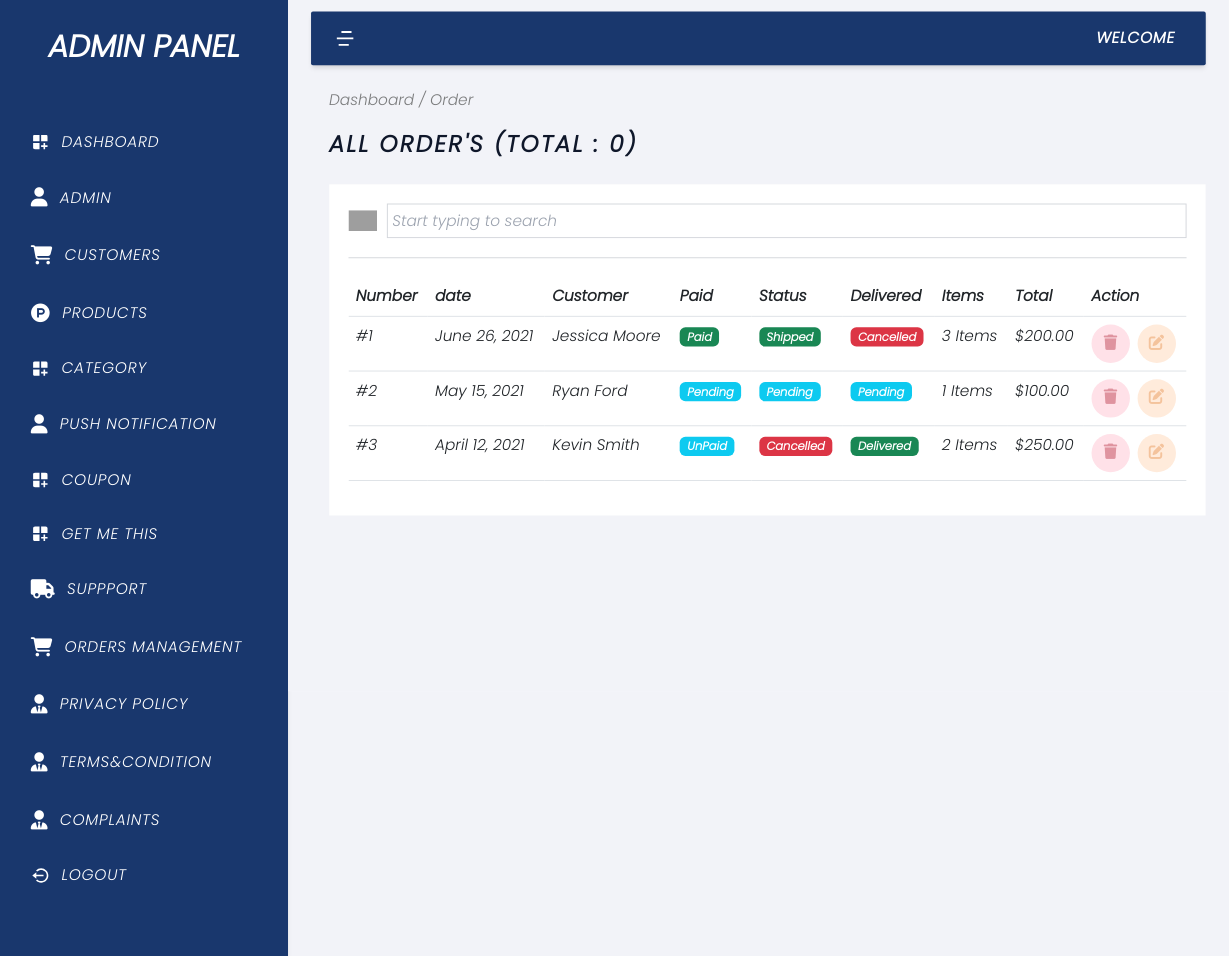
Repository: FlyweisReact/globalgenieAdminPanel
Page: /Orders
An editor plug-in stored every save of this project. The page is shown before and after the next save, followed by the edit.
The browser window is 1280 px wide. The pictures show the whole page, at 96% of full size.
Pictures or frames that could not be fetched are drawn as grey boxes. The page's requests for data from a server got no answer. Some web libraries are served in a nearby version. The project was rebuilt for these pictures with package versions that can differ from the ones it lists, and the page was loaded fresh each time. No one was signed in, and anything a server would have sent is missing. Also part of the build but not shown: src/E-CommerceAdmin/forms/Login.jsx, src/E-CommerceAdmin/pages/Dashboard.jsx, src/E-CommerceAdmin/pages/ECategory.js, src/E-CommerceAdmin/pages/EProduct.js, src/E-CommerceVendor/forms/EVendorLogin.jsx, src/E-CommerceVendor/layout/Navbar.jsx, src/E-CommerceVendor/layout/Sidebar.jsx, src/E-CommerceVendor/layout/HOC.jsx and 21 more. Imported but missing from the stored project, and not drawn on this page: src/E-CommerceAdmin/pages/Component/SpinnerComp.

Above is the page before, as saved 2023-05-11 15:10:02.

### public/index.html
<!-- @format -->

<!DOCTYPE html>
<html lang="en">
  <head>
    <meta charset="utf-8" />
    <meta name="viewport" content="width=device-width, initial-scale=1" />
    <meta name="theme-color" content="#000000" />
    <meta
      name="description"
      content="Web site created using create-react-app"
    />
    <link rel="icon" href="%PUBLIC_URL%/favicon.png" />
    <link rel="manifest" href="%PUBLIC_URL%/manifest.json" />
    <link rel="preconnect" href="https://fonts.googleapis.com">
<link rel="preconnect" href="https://fonts.gstatic.com" crossorigin>
<link href="https://fonts.googleapis.com/css2?family=Roboto+Mono:ital,wght@1,300&display=swap" rel="stylesheet">
    <title>Global Ginie</title>
  </head>
  <body>
    <noscript>You need to enable JavaScript to run this app.</noscript>
    <div id="root"></div>
    <script src="https://code.jquery.com/jquery-3.6.0.min.js"></script>
    <script src="https://kit.fontawesome.com/b533b351e4.js" crossorigin="anonymous"></script>
  </body>
</html>

### src/E-CommerceAdmin/pages/EAdminOrders.js
/** @format */

import axios from "axios";
import React, { useEffect, useState } from "react";
import { Badge, Button, Form, Modal, Table } from "react-bootstrap";
import HOC from "../layout/HOC";

const EAdminOrders = () => {
  const [modalShow, setModalShow] = useState(false);
  const [ data , setData ] = useState([])

  const fetchData = async () => {
    try {
      const { data } = await axios.get("http://ec2-65-1-248-95.ap-south-1.compute.amazonaws.com:8886/api/order")
      setData(data.orders)
      }catch(e) {
      console.log('Order Err=>' ,e)
    }
  }

  useEffect(() => {
    fetchData()
  },[])

  function EditStatus(props) {
    return (
      <Modal
        {...props}
        size="lg"
        aria-labelledby="contained-modal-title-vcenter"
        centered
      >
        <Modal.Header closeButton>
          <Modal.Title id="contained-modal-title-vcenter">
            Edit Status
          </Modal.Title>
        </Modal.Header>
        <Modal.Body>
          <Form>
            <Form.Select aria-label="Default select example" className="mb-3">
              <option>--Edit Status--</option>
              <option value="1">Shipped</option>
              <option value="2">Pending</option>
              <option value="3">Canceled</option>
            </Form.Select>
            <Button variant="outline-success">Submit</Button>
          </Form>
        </Modal.Body>
      </Modal>
    );
  }

  return (
    <>
      <EditStatus show={modalShow} onHide={() => setModalShow(false)} />
      <section>

      <p className="headP">Dashboard / Order</p>

        <div        className="pb-4 sticky top-0  w-full flex justify-between items-center"
        style={{ width: "98%", marginLeft: "2%" }}>
          <span   className="tracking-widest text-slate-900 font-semibold uppercase"
          style={{ fontSize: "1.5rem" }}>
            All Order's (Total : {data?.length})
          </span>
        </div>
        <section className="sectionCont">
        <div className="filterBox">
          <img
            src="https://t4.ftcdn.net/jpg/01/41/97/61/360_F_141976137_kQrdYIvfn3e0RT1EWbZOmQciOKLMgCwG.jpg"
            alt=""
          />
          <input
            type="search"
            placeholder="Start typing to search"
          />
        </div>
        <div className="overFlowCont">
        <Table >
          <thead>
            <tr>
              <th>Number</th>
              <th>date</th>
              <th>Customer</th>
              <th>Paid</th>
              <th>Status</th>
              <th>Delivered</th>
              <th>Items</th>
              <th>Total</th>
              <th>Action</th>
            </tr>
          </thead>
          <tbody>
            <tr>
              <td> #1 </td>
              <td> June 26, 2021 </td>
              <td> Jessica Moore </td>
              <td>
                <Badge bg="success">Paid</Badge>{" "}
              </td>
              <td>
                <Badge bg="success">Shipped</Badge>{" "}
              </td>
              <td>
                <Badge bg="danger">Cancelled</Badge>{" "}
              </td>
              <td>3 Items </td>
              <td>$200.00 </td>
              <td>
                <span className="d-flex gap-2">
                  <i className="fa-solid fa-trash"></i>
                  <i
                        class="fa-solid fa-pen-to-square"
                        onClick={() => {
                          setModalShow(true);
                        }}
                      ></i>
                </span>
              </td>
            </tr>

            <tr>
              <td> #2 </td>
              <td> May 15, 2021 </td>
              <td> Ryan Ford </td>
              <td>
                <Badge bg="info">Pending</Badge>{" "}
              </td>
              <td>
                <Badge bg="info">Pending</Badge>{" "}
              </td>
              <td>
                <Badge bg="info">Pending</Badge>{" "}
              </td>
              <td>1 Items </td>
              <td>$100.00 </td>
              <td>
              <span className="d-flex gap-2">
                  <i className="fa-solid fa-trash"></i>
                  <i
                        class="fa-solid fa-pen-to-square"
                        onClick={() => {
                          setModalShow(true);
                        }}
                      ></i>
                </span>
              </td>
            </tr>
            <tr>
              <td> #3 </td>
              <td> April 12, 2021 </td>
              <td> Kevin Smith </td>
              <td>
                <Badge bg="info">UnPaid</Badge>{" "}
              </td>
              <td>
                <Badge bg="danger">Cancelled</Badge>{" "}
              </td>
              <td>
                <Badge bg="success">Delivered</Badge>{" "}
              </td>
              <td>2 Items </td>
              <td>$250.00 </td>
              <td>
              <span className="d-flex gap-2">
                  <i className="fa-solid fa-trash"></i>
                  <i
                        class="fa-solid fa-pen-to-square"
                        onClick={() => {
                          setModalShow(true);
                        }}
                      ></i>
                </span>
              </td>
            </tr>
          </tbody>
        </Table>
        </div>
        </section>
      </section>
    </>
  );
};

export default HOC(EAdminOrders);

### src/E-CommerceAdmin/layout/HOC.jsx
/** @format */

import React, { useState } from "react";
import Navbar from "./Navbar";
import Sidebar from "./Sidebar";

const HOC = (Wcomponenet) => {
  return function Component() {
    const [hamb, setHamb] = useState(false);
    return (
      <>
        <section
          className="flex overflow-x-hidden relative "
          style={{ backgroundColor: "#f2f3f8" }}
        >
          {/* Sidebar */}
          <div
            className={
              hamb
                ? " absolute top-0 z-30 md:w-auto shadow-md bg-slate-200  w-60 transition-all md:-left-full left duration-150  h-auto overflow-y-auto  left-0 "
                : " md:w-72 z-30 bg-slate-200  shadow-md  md:static absolute top-0 -left-full   transition-all duration-150  overflow-y-auto h-auto"
            }
            style={{ minWidth: "300px" }}
          >
            <Sidebar hamb={hamb} setHamb={setHamb} />
          </div>
          {/* Components & Navbar */}
          <div
            className={
              hamb
                ? " transition-all px-4 py-2  duration-150 w-full h-screen"
                : " w-full h-screen  px-4 py-2   z-50 transition-all duration-150 "
            }
            style={{ backgroundColor: "#f2f3f8" }}
          >
            <Navbar hamb={hamb} setHamb={setHamb} />
            <div className="my-6 text-#000 h-[87%] wcomp overflow-y-auto">
              {" "}
              <Wcomponenet />
            </div>
          </div>
        </section>
      </>
    );
  };
};

export default HOC;

### src/E-CommerceAdmin/layout/Navbar.jsx
/** @format */

import { RiMenu4Line } from "react-icons/ri";

const Navbar = ({ hamb, setHamb }) => {
  const AdminName = localStorage.getItem("AdminName")
  return (
    <>
      <div
        className={
          hamb
            ? "flex  w-full justify-between  my-1 rounded-sm  p-4 py-3 shadow-md items-center  bg-slate-200 space-x-4"
            : "flex  w-full justify-between my-1 rounded-sm  p-4 py-3 shadow-md items-center  bg-slate-200 space-x-4"
        }
        style={{ backgroundColor: "#19376d" }}
      >
        <RiMenu4Line
          onClick={() => setHamb(!hamb)}
          className="text-2xl font-bold text-gray-900 hover:scale-90 cursor-pointer"
          style={{ color: "#fff" }}
        />

        <section className="flex sm:ml-auto justify-end sm:w-full items-center space-x-2  pr-2">
          <figcaption className="tracking-wider pl-1 font-semibold">
            <div
              className="lg:text-base text-sm text-gray-900  uppercase"
              style={{ color: "#fff" }}
            >
              Welcome {AdminName}
            </div>
          </figcaption>
        </section>
      </div>
    </>
  );
};

export default Navbar;

### src/E-CommerceAdmin/layout/Sidebar.jsx
/** @format */

import React from "react";
import { RiCloseLine } from "react-icons/ri";
import { Link, useNavigate } from "react-router-dom";
import { BiLogOutCircle } from "react-icons/bi";
import { MdDashboardCustomize } from "react-icons/md";

const Sidebar = ({ hamb, setHamb }) => {
  const navigate = useNavigate();

  const nav = [
    {
      icon: <MdDashboardCustomize className="text-xl mr-3 rounded-full " />,
      link: "/dashboard ",
      name: "Dashboard",
    },
    {
      icon: <i className="fa-solid fa-user text-xl mr-3 rounded-full"></i>,
      link: "/Admin",
      name: "Admin",
    },
    {
      icon: (
        <i className="fa-solid fa-cart-shopping text-xl mr-3 rounded-full"></i>
      ),
      link: "/Customer",
      name: "Customers",
    },
    // {
    //   icon: <i className="fa-solid fa-user-tie text-xl mr-3 rounded-full"></i>,
    //   link: "/VendorList",
    //   name: "Vendors",
    // },
    {
      icon: (
        <i className="fa-brands fa-product-hunt text-xl mr-3 rounded-full"></i>
      ),
      link: "/Product",
      name: "Products",
    },
    {
      icon: <MdDashboardCustomize className="text-xl mr-3 rounded-full " />,
      link: "/Category",
      name: "Category",
    },

    // {
    //   icon: <MdDashboardCustomize className="text-xl mr-3 rounded-full " />,
    //   link: "/SubCategory",
    //   name: "Sub-Category",
    // },
    {
      icon: <i className="fa-solid fa-user text-xl mr-3 rounded-full"></i>,
      link: "/pushNotification",
      name: "Push Notification",
    },

    // {
    //   icon: <MdDashboardCustomize className="text-xl mr-3 rounded-full " />,
    //   link: "/banner",
    //   name: "Banner",
    // },
    {
      icon: <MdDashboardCustomize className="text-xl mr-3 rounded-full " />,
      link: "/coupon",
      name: "Coupon",
    },
    {
      icon: <MdDashboardCustomize className="text-xl mr-3 rounded-full " />,
      link: "/getMeThis",
      name: "Get Me This",
    },
    {
      icon: <i className="fa-solid fa-truck  text-xl mr-3 rounded-full"></i>,
      link: "/Support",
      name: "Suppport",
    },
    {
      icon: (
        <i className="fa-solid fa-cart-shopping text-xl mr-3 rounded-full"></i>
      ),
      link: "/Orders",
      name: "Orders Management",
    },

    {
      icon: <i className="fa-solid fa-user-tie text-xl mr-3 rounded-full"></i>,
      link: "/privacy",
      name: "Privacy Policy",
    },
    {
      icon: <i className="fa-solid fa-user-tie text-xl mr-3 rounded-full"></i>,
      link: "/terms",
      name: "Terms&Condition",
    },
    // {
    //   icon: <i className="fa-solid fa-user-tie text-xl mr-3 rounded-full"></i>,
    //   link: "/helpSupport",
    //   name: "Help and Support",
    // },
    {
      icon: <i className="fa-solid fa-user-tie text-xl mr-3 rounded-full"></i>,
      link: "/complaints",
      name: "Complaints",
    },
  ];

  const logOut = () => {
    localStorage.clear()
    navigate("/");
  };

  return (
    <>
      <aside
        className="p-4 h-auto"
        style={{ backgroundColor: "#19376d", minHeight: "100vh" }}
      >
        {/* Top */}
        <div className="w-full md:hidden relative  p-2 mb-4">
          <RiCloseLine
            onClick={() => setHamb(!hamb)}
            className="text-3xl  absolute top-2 sm:hover:rotate-[228deg] transition-transform font-bold right-2 sm:hover:text-[22px] text-[rgb(241,146,46)] cursor-pointer"
          />
        </div>{" "}
        <figure className="flex  flex-col items-center">
          <span
            className="font-bold text-[#fff]"
            style={{
              fontSize: "2rem",
              textAlign: "center",
              textTransform: "uppercase",
            }}
          >
            {" "}
            ADMIN PANEL
          </span>
        </figure>
        <nav className="py-6">
          {nav.map((nav) => {
            return (
              <Link
                to={nav.link}
                key={nav.name}
                className=""
                style={{ textDecoration: "none", textTransform: "uppercase" }}
              >
                <span
                  className="flex my-3 items-center cursor-pointer text-gray-900    tracking-wider p-2 rounded-sm"
                  style={{ color: "#FFF" }}
                >
                  {nav.icon} {nav.name}
                </span>
              </Link>
            );
          })}
          <span
            className="flex my-3 items-center cursor-pointer text-gray-900    tracking-wider p-2 rounded-sm"
            onClick={() => logOut()}
            style={{ color: "#FFF", textTransform: "uppercase" }}
          >
            <BiLogOutCircle className="text-xl mr-3 rounded-full " /> LogOut
          </span>
        </nav>
      </aside>
    </>
  );
};

export default Sidebar;

Loaded but not shown: tailwind.config.js (common file); src/App.js (89 lines, source omitted); src/index.js (15 lines, source omitted); src/index.css (496 lines, source omitted)

After the next save:
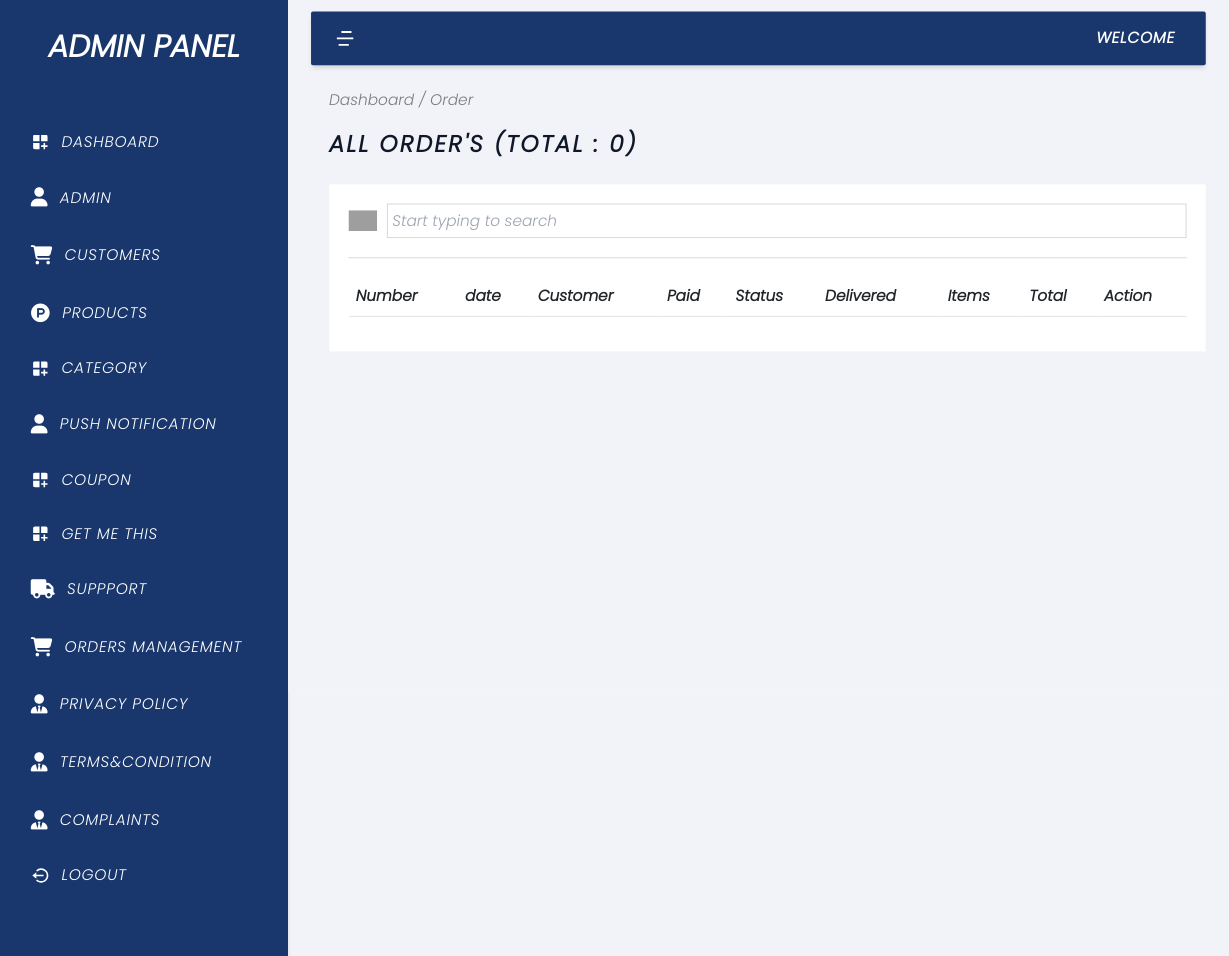
Saved 15 s later.
--- a/src/E-CommerceAdmin/pages/EAdminOrders.js
+++ b/src/E-CommerceAdmin/pages/EAdminOrders.js
@@ -91,88 +91,7 @@
             </tr>
           </thead>
           <tbody>
-            <tr>
-              <td> #1 </td>
-              <td> June 26, 2021 </td>
-              <td> Jessica Moore </td>
-              <td>
-                <Badge bg="success">Paid</Badge>{" "}
-              </td>
-              <td>
-                <Badge bg="success">Shipped</Badge>{" "}
-              </td>
-              <td>
-                <Badge bg="danger">Cancelled</Badge>{" "}
-              </td>
-              <td>3 Items </td>
-              <td>$200.00 </td>
-              <td>
-                <span className="d-flex gap-2">
-                  <i className="fa-solid fa-trash"></i>
-                  <i
-                        class="fa-solid fa-pen-to-square"
-                        onClick={() => {
-                          setModalShow(true);
-                        }}
-                      ></i>
-                </span>
-              </td>
-            </tr>
 
-            <tr>
-              <td> #2 </td>
-              <td> May 15, 2021 </td>
-              <td> Ryan Ford </td>
-              <td>
-                <Badge bg="info">Pending</Badge>{" "}
-              </td>
-              <td>
-                <Badge bg="info">Pending</Badge>{" "}
-              </td>
-              <td>
-                <Badge bg="info">Pending</Badge>{" "}
-              </td>
-              <td>1 Items </td>
-              <td>$100.00 </td>
-              <td>
-              <span className="d-flex gap-2">
-                  <i className="fa-solid fa-trash"></i>
-                  <i
-                        class="fa-solid fa-pen-to-square"
-                        onClick={() => {
-                          setModalShow(true);
-                        }}
-                      ></i>
-                </span>
-              </td>
-            </tr>
-            <tr>
-              <td> #3 </td>
-              <td> April 12, 2021 </td>
-              <td> Kevin Smith </td>
-              <td>
-                <Badge bg="info">UnPaid</Badge>{" "}
-              </td>
-              <td>
-                <Badge bg="danger">Cancelled</Badge>{" "}
-              </td>
-              <td>
-                <Badge bg="success">Delivered</Badge>{" "}
-              </td>
-              <td>2 Items </td>
-              <td>$250.00 </td>
-              <td>
-              <span className="d-flex gap-2">
-                  <i className="fa-solid fa-trash"></i>
-                  <i
-                        class="fa-solid fa-pen-to-square"
-                        onClick={() => {
-                          setModalShow(true);
-                        }}
-                      ></i>
-                </span>
-              </td>
-            </tr>
           </tbody>
         </Table>
         </div>
